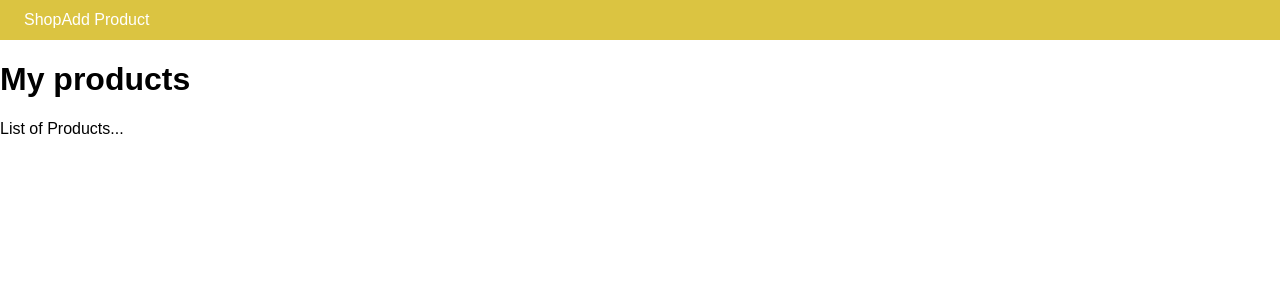
Repository: Hardyy00/NodeJS
Page: http://localhost/
The author's editor kept a copy of each file at every save. The page is drawn from the files as they stood at one save, then again after the next save.
The browser window is 1280 px wide. The pictures show the whole page.
The page is served by the project's Node server (app.js).

Above is the page before, as saved 2024-01-06 15:51:56.

After the next save:
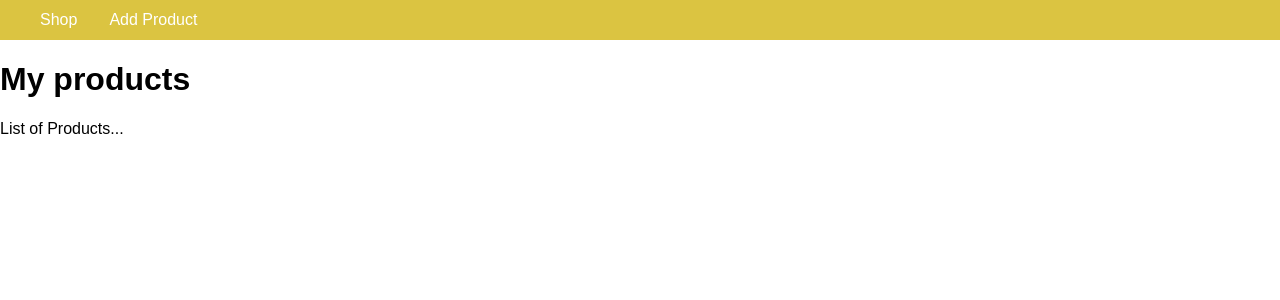
Saved 21 s later.
--- a/Dynamic-Routes-And-Advanced-Models/views/shop.html
+++ b/Dynamic-Routes-And-Advanced-Models/views/shop.html
@@ -32,7 +32,7 @@
       }
 
       .main-header__item {
-        margin: 0;
+        margin: 0 1rem;
         padding: 0;
       }
 
